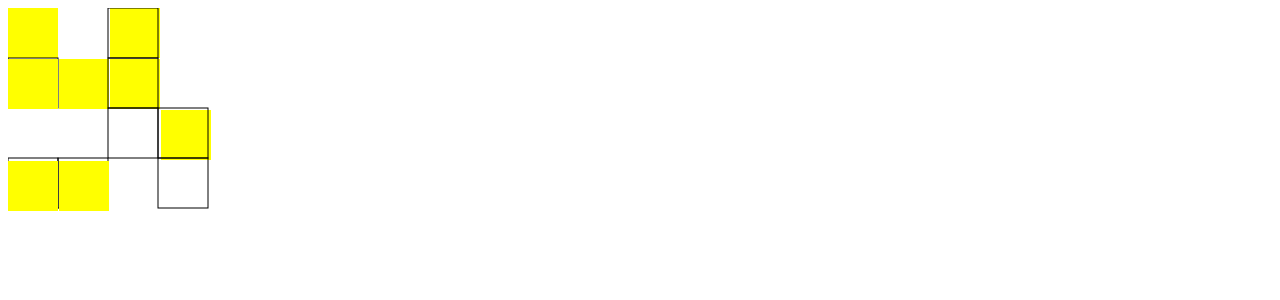
Repository: JIHYEONHE/doit
Page: FAST_ZZANG/static/canvas3.html
These files come from the project's save history. The page is drawn as it stood at one moment and after the next save; the edit follows.
The browser window is 1280 px wide. The pictures show the whole page.

Above is the page before, as saved 2022-10-18 01:37:55.

### FAST_ZZANG/static/canvas3.html
<!DOCTYPE html>
<html>
<head>
<meta charset="UTF-8">
<title>Insert title here</title>
<script type="text/javascript">
var cvr2D = [
	   [1,0,1,0],
	   [1,1,1,0],
	   [0,0,0,1],
	   [1,1,0,0]
	];

function myinit(){
    const c = document.getElementById('mycan');
    // 2. 2d모드의 그리기 객체를 취득한다. => 이 객체를 통해 canvas에 그림을 그릴 수 있다.
    const ctx = c.getContext("2d");

    for(var i=0; i<4; i++){ //i는 y
		for(var j=0; j<4; j++){
		    if(cvr2D[i][j]==1){
			    ctx.fillStyle = 'yellow';
			    ctx.fillRect(j*51,i*51, 50, 50);
		    }else{
		        ctx.strokeStyle = 'black';
		        ctx.strokeRect(i*50, j*50, 50, 50);

		    }
		}
	}

//     for(var i=0; i<4; i++){ //i는 y
// 		for(var j=0; j<4; j++){
// 			    ctx.fillStyle = 'pink';
// 			    ctx.fillRect(j*50,i, 50, 50);
// 		}
//     }
}

</script>
</head>
<body onload="myinit()">

<canvas id="mycan" width="400px" height="400px">

</canvas>

</body>
</html>

After the next save:
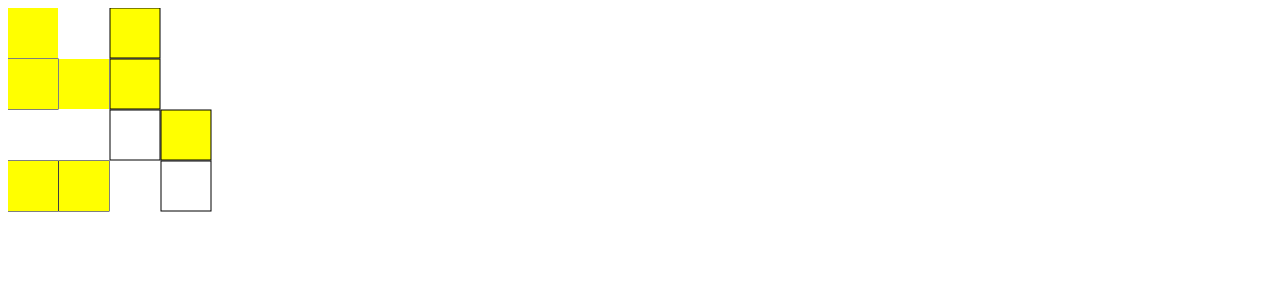
Saved 4 s later.
--- a/FAST_ZZANG/static/canvas3.html
+++ b/FAST_ZZANG/static/canvas3.html
@@ -23,7 +23,7 @@
 			    ctx.fillRect(j*51,i*51, 50, 50);
 		    }else{
 		        ctx.strokeStyle = 'black';
-		        ctx.strokeRect(i*50, j*50, 50, 50);
+		        ctx.strokeRect(i*51, j*51, 50, 50);
 
 		    }
 		}
